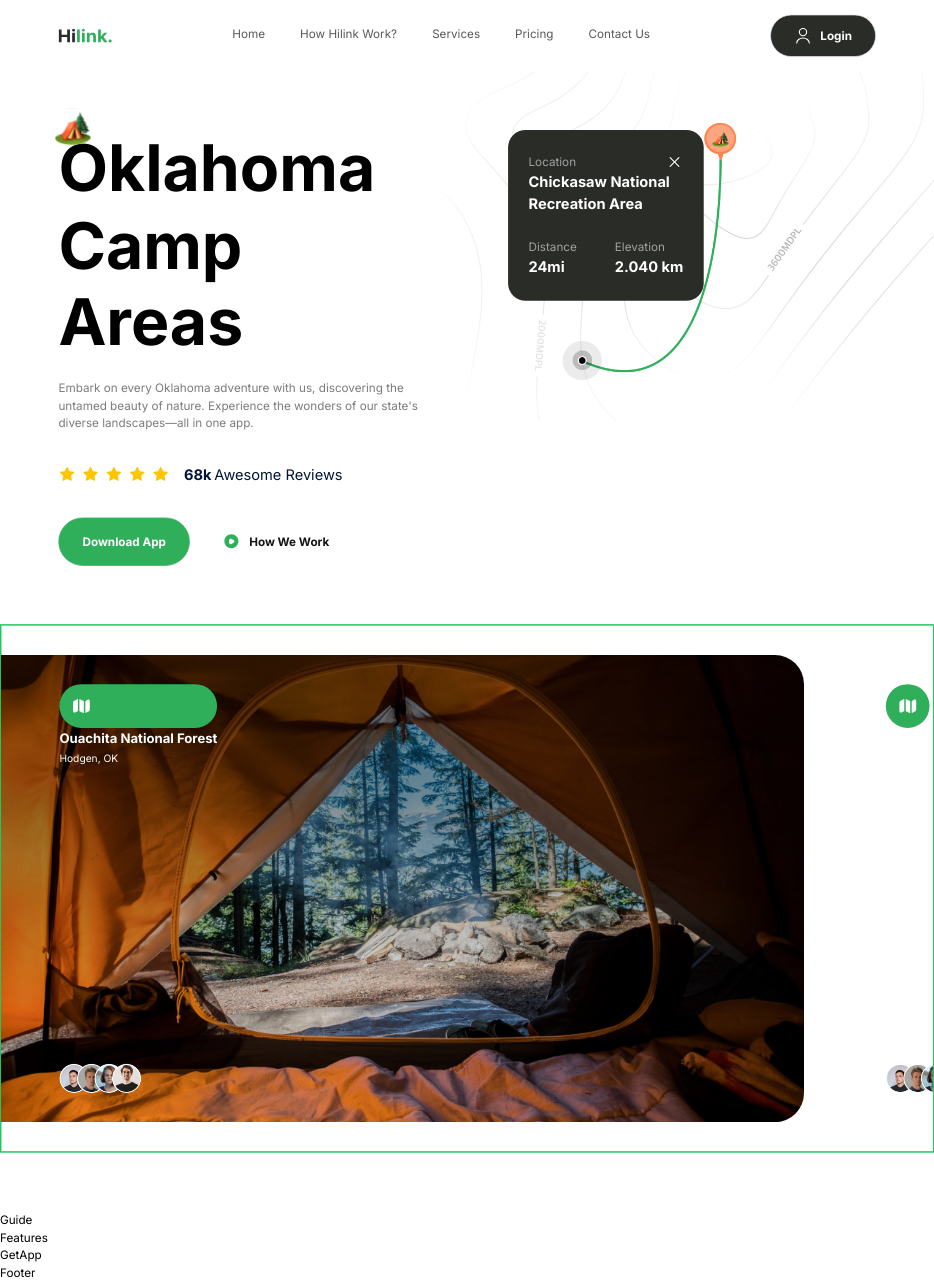
Repository: MikeeBuilds/camp
Page: /
An editor plug-in stored every save of this project. The page is shown before and after a run of saves, followed by the edit.
The browser window is 1280 px wide. The pictures show the whole page, at 73% of full size.
The project was rebuilt for these pictures with package versions that can differ from the ones it lists, and the page was loaded fresh each time. The framework's server and built-in components were replaced by stand-ins that run in the browser. Also part of the build but not shown: next.config.js.

Above is the page before, as saved 2023-11-24 22:14:09.

After the next 3 saves:
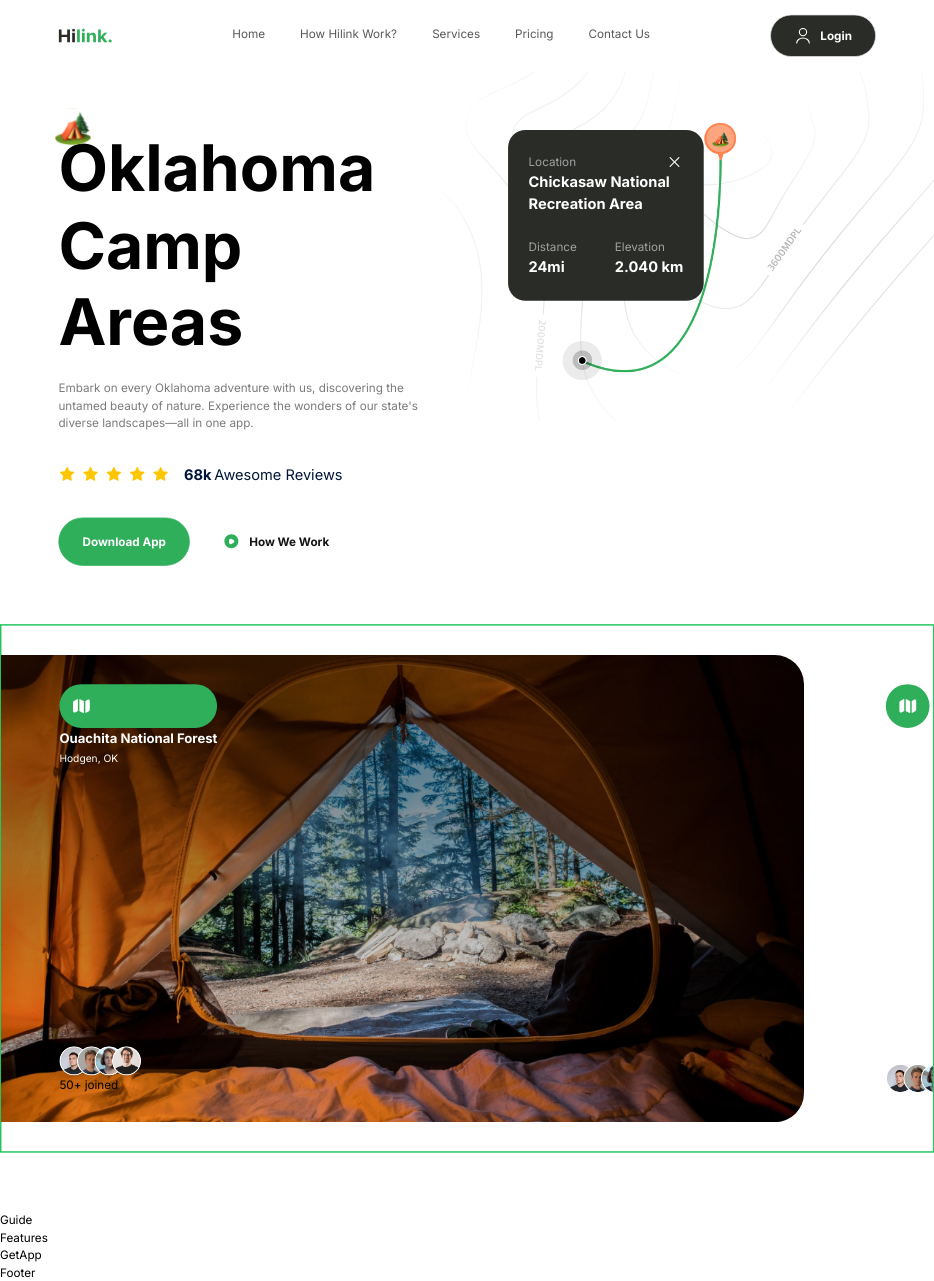
The 3 saves are shown as one change because they came seconds apart.
The last was saved 12 s later.
--- a/components/Camp.tsx
+++ b/components/Camp.tsx
@@ -44,7 +44,7 @@ const CampSite = ({ backgroundImage, title, subtitle, peopleJoined }: CampProps)
               />
             ))}
           </span>
-          <p></p>
+          <p>{peopleJoined}</p>
         </div>
       </div>
     </div>
